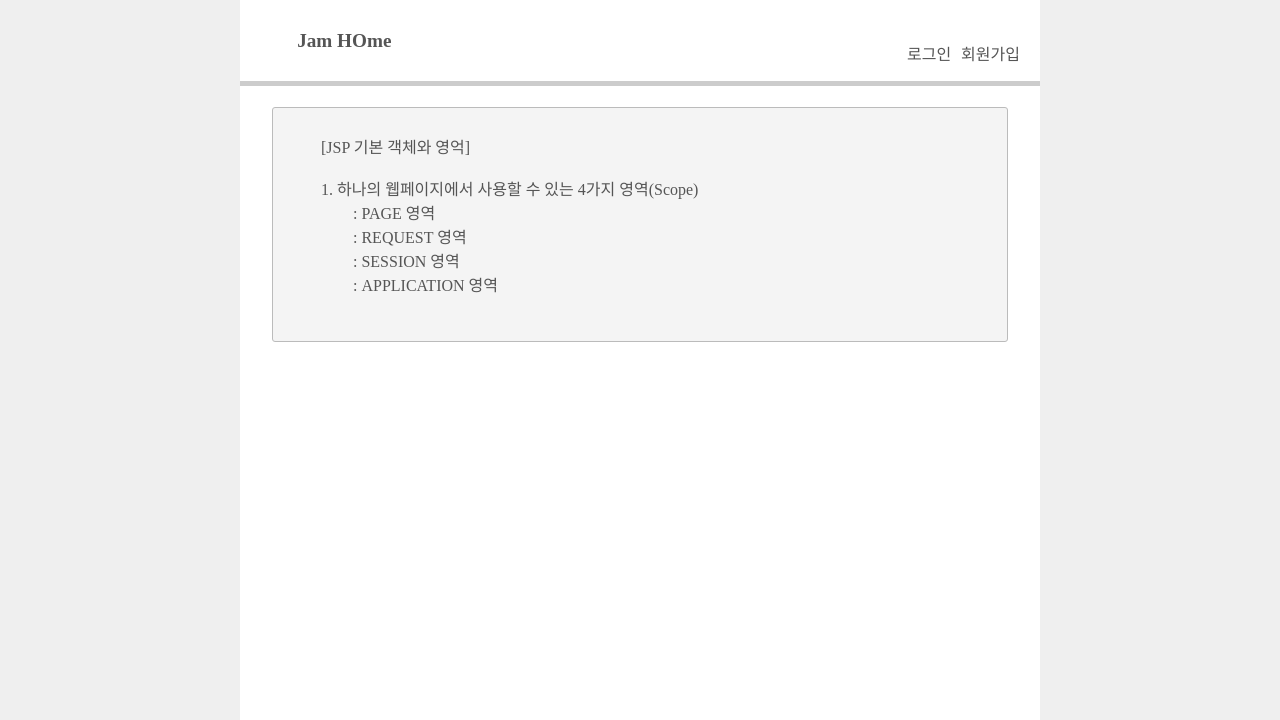
Repository: woals5636/JSPClass
Page: http://localhost/jspPro/days06/ex01.jsp
These files come from the project's save history. The page is drawn as it stood at one moment and after the next save; the edit follows.
The browser window is 1280 px wide. The pictures show the whole page.
Some web fonts or font styles are not loaded; a fallback is used. The page is served by Tomcat 9.

Above is the page before, as saved 2024-10-22 01:07:11.

After the next save:
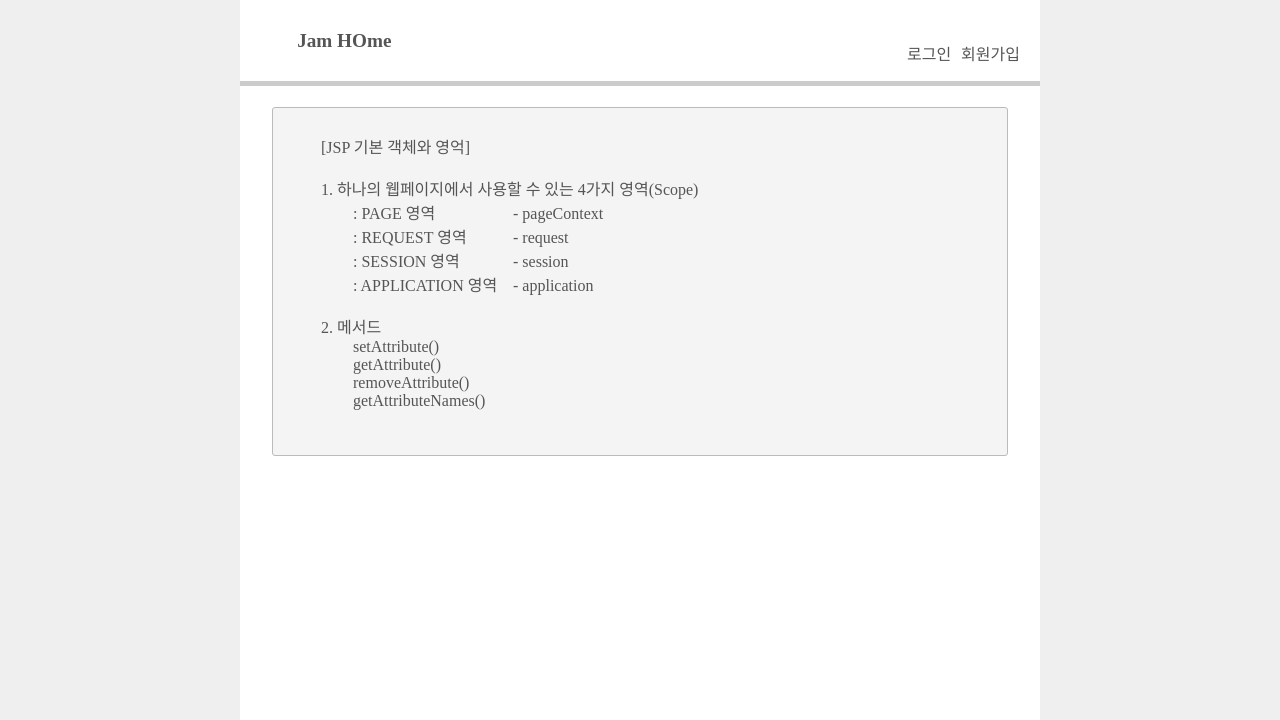
Saved 14 min 59 s later.
--- a/jspPro/src/main/webapp/days06/ex01.jsp
+++ b/jspPro/src/main/webapp/days06/ex01.jsp
@@ -30,10 +30,16 @@
   	[JSP 기본 객체와 영억]
 
   	1. 하나의 웹페이지에서 사용할 수 있는 4가지 영역(Scope)
-  		: PAGE 영역
-  		: REQUEST 영역
-  		: SESSION 영역
-  		: APPLICATION 영역
+  		: PAGE 영역			- pageContext
+  		: REQUEST 영역		- request
+  		: SESSION 영역		- session
+  		: APPLICATION 영역	- application
+
+  	2. 메서드
+  		setAttribute()
+  		getAttribute()
+  		removeAttribute()
+  		getAttributeNames()
 
   </xmp>
 </div>
